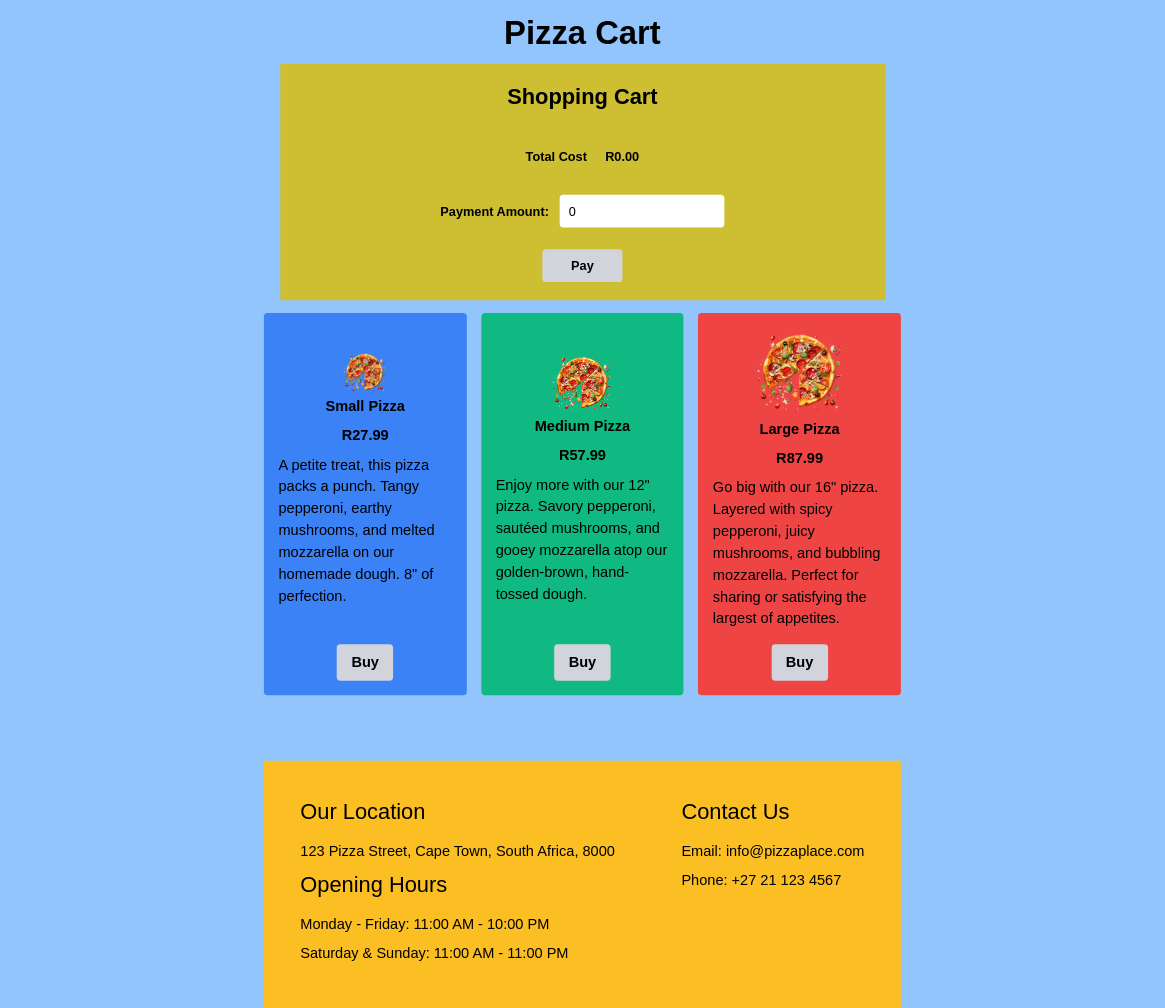
Repository: lasity34/pizza-cart-with-api
Page: index.html
The author's editor kept a copy of each file at every save. The page is drawn from the files as they stood at one save, then again after the next save.
The browser window is 1280 px wide. The pictures show the whole page, at 91% of full size.
The page's requests for data from a server got no answer. Some web fonts or font styles are not loaded; a fallback is used. Some web libraries are served in a nearby version.

Above is the page before, as saved 2023-07-14 12:48:54.
Console error (its wording comes from the project's code and is left out).

After the next save:
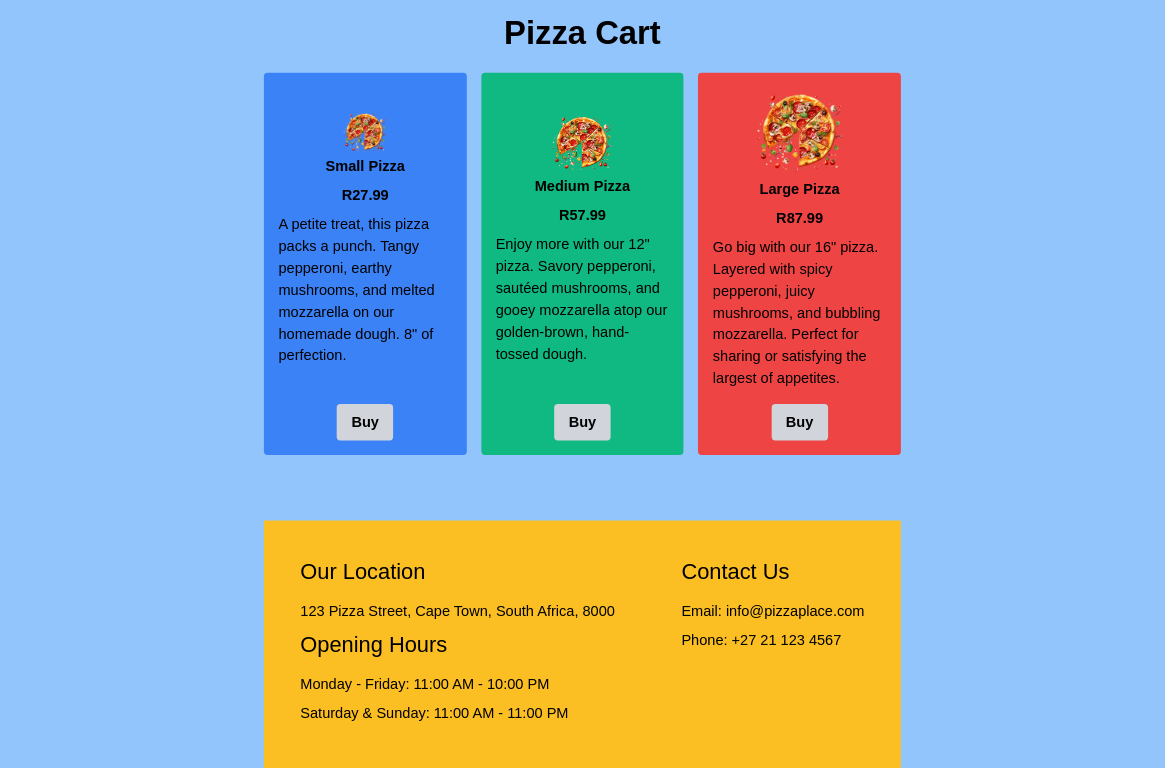
Saved 71 s later.
--- a/index.html
+++ b/index.html
@@ -28,12 +28,12 @@
       <h1 class="text-4xl pt-4 font-bold">Pizza Cart</h1>
     </section>
 
-    <section
+    <section  x-show=" cartTotal > 0 "
   class="shop-container my-3 sm:my-4 p-4 sm:p-5 flex flex-col text-xs sm:text-sm justify-center items-center"
 >
   <h2 class="text-xl sm:text-2xl mb-2 font-bold">Shopping Cart</h2>
   <div class="mt-4 flex flex-col items-center">
-    <div x-show=" cartTotal > 0 ">
+    <div>
         <section class="mt-6">
             <table class="table-auto w-full rounded-lg overflow-hidden shadow-lg max-w-md mx-auto">
                 <thead class="bg-red-600">
@@ -116,7 +116,7 @@
 
 
 
-    <section class="pizza_columns">
+    <section class="pizza_columns mt-6">
       <div
         class="flex flex-col gap-4 mx-auto items-center lg:items-stretch lg:flex-row justify-center"
       >
